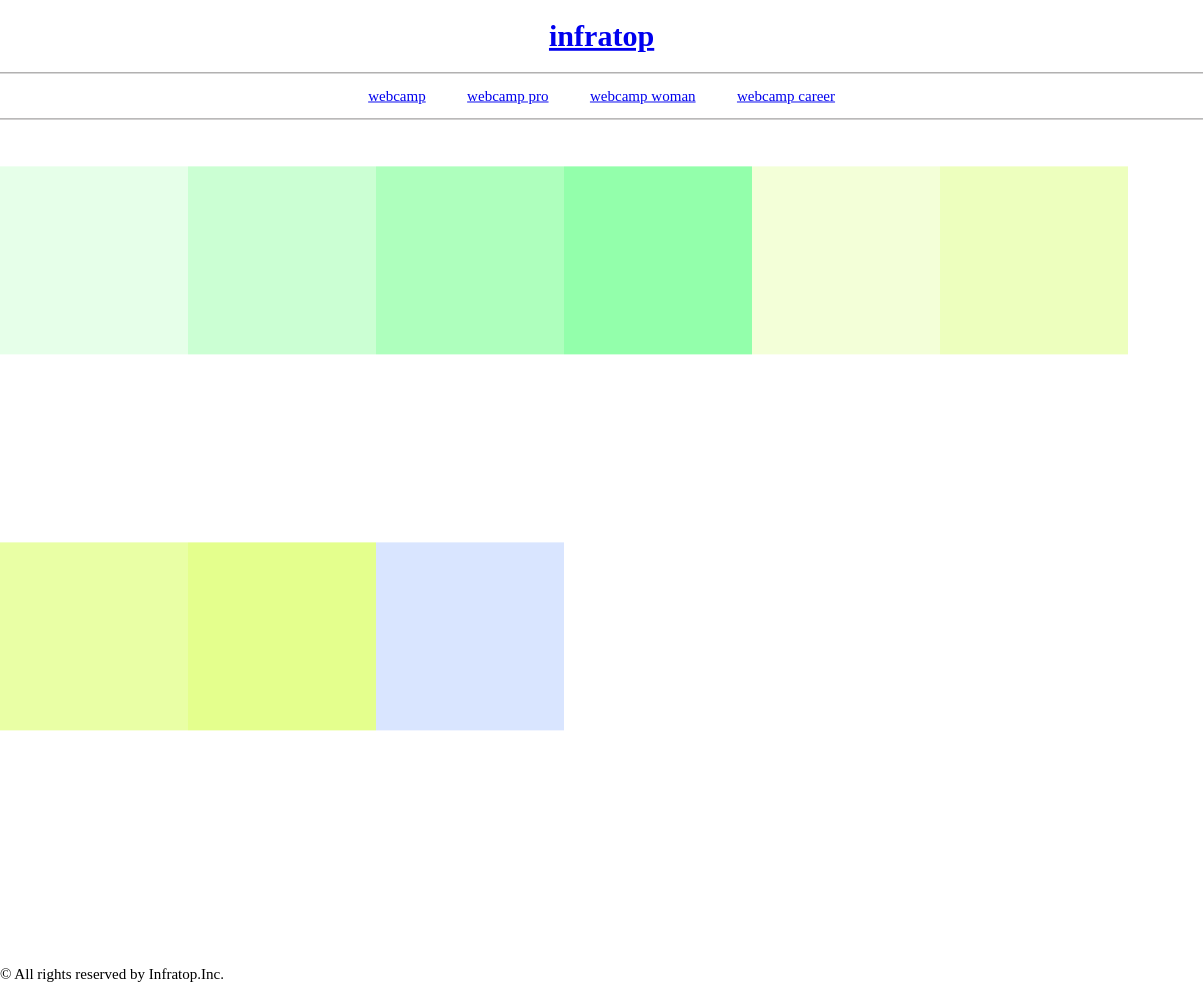
Repository: gukbvhrsui/r
Page: review2/review2.html
The author's editor kept a record of every edit. The page is drawn from the files as they stood at one moment, then again after the next edit.
The browser window is 1280 px wide. The pictures show the whole page, at 94% of full size.

Above is the page before.

After the next edit:
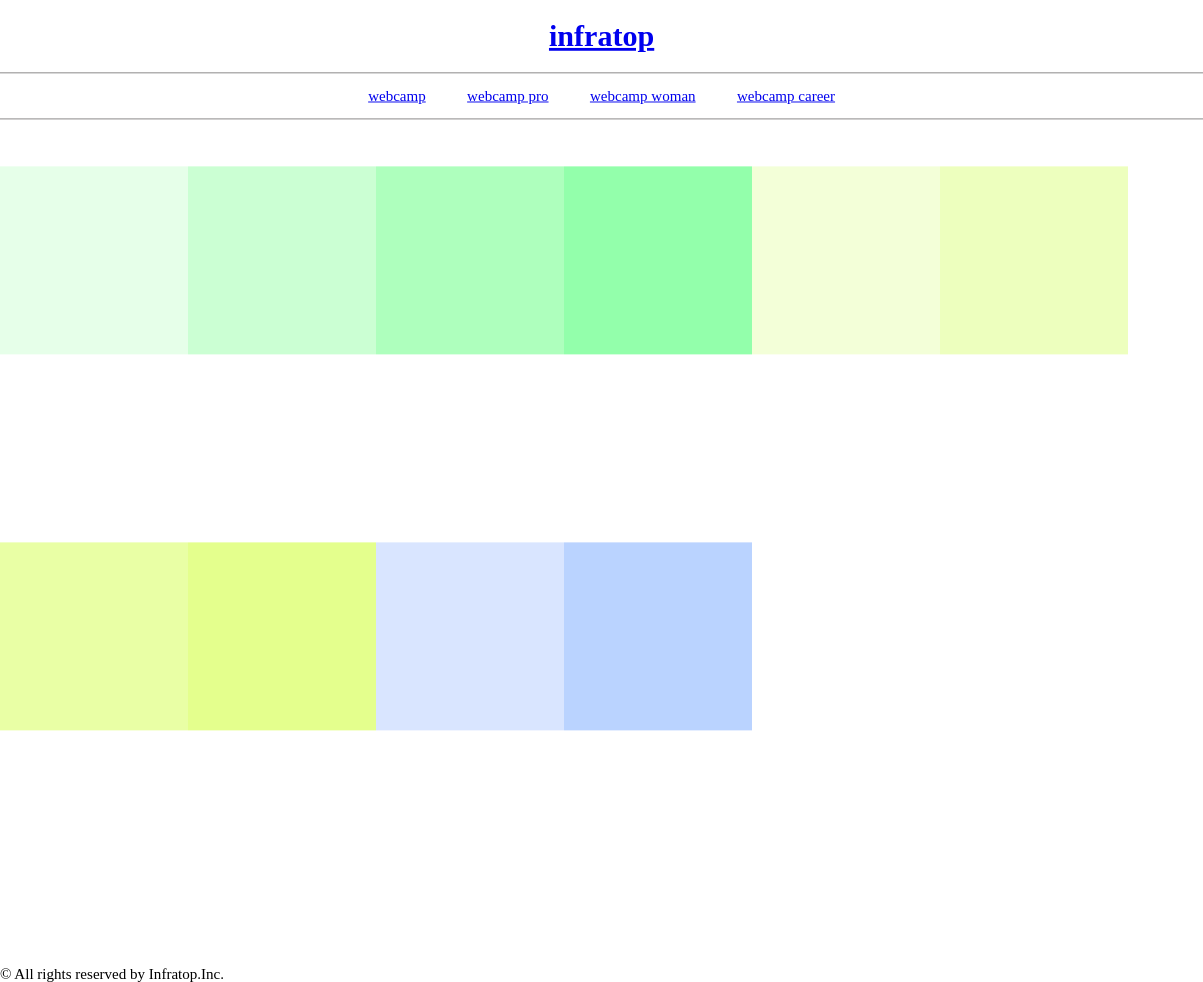
The edit:
--- a/review2/review2.css
+++ b/review2/review2.css
@@ -89,7 +89,7 @@
 .box10 {
   width: 200px;
   height: 200px;
-  background-color: ;
+  background-color: #bad3ff;
 }
 
 .box11 {
